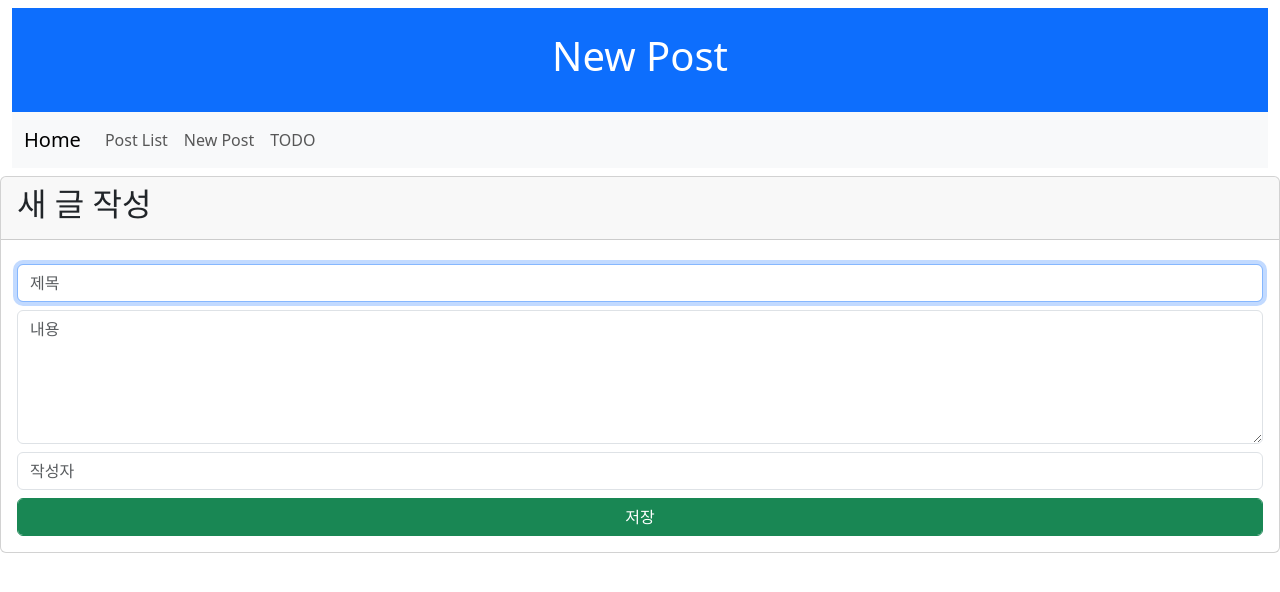
Repository: ldj0905/javaproject
Page: http://localhost/lab05_jsp/post/create
An editor plug-in stored every save of this project. The page is shown before and after the next save, followed by the edit.
The browser window is 1280 px wide. The pictures show the whole page.
The page is served by Tomcat 10.

Above is the page before, as saved 2024-05-29 02:54:01.

After the next save:
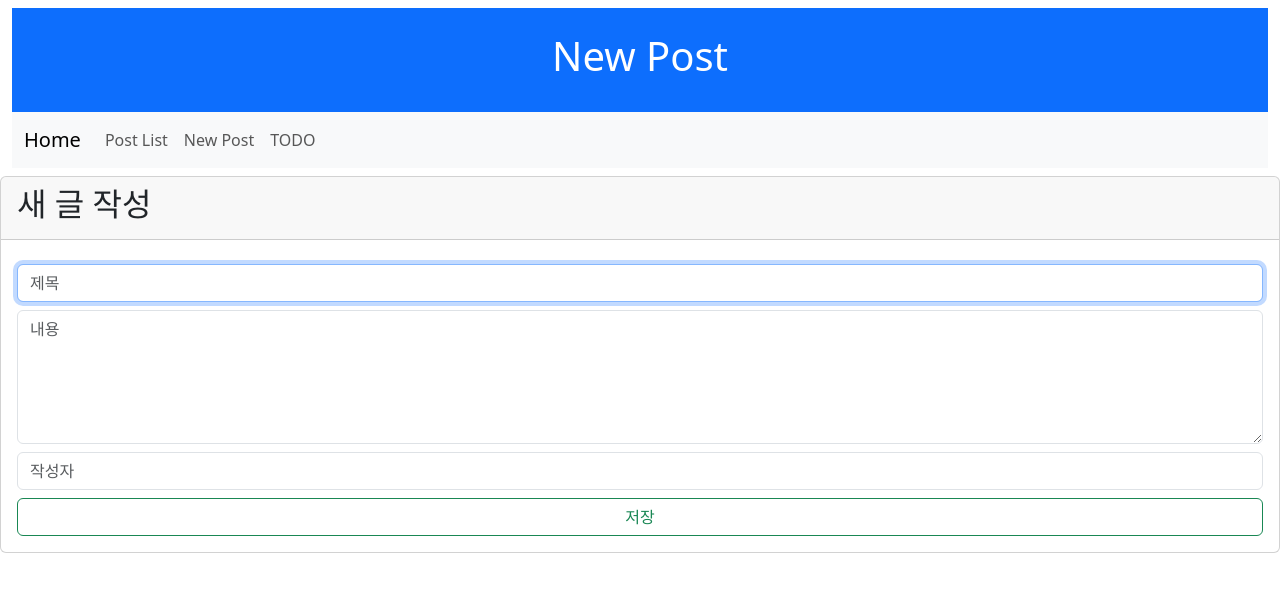
Saved 35 s later.
--- a/lab05_jsp/src/main/webapp/WEB-INF/views/post/create.jsp
+++ b/lab05_jsp/src/main/webapp/WEB-INF/views/post/create.jsp
@@ -37,7 +37,7 @@
                         <input class="form-control"  type="text" name="author" placeholder="작성자" required/>
                     </div>
                     <div class = "mt-2">
-                        <input class="form-control btn btn-success"  type = "submit" value="저장"/>
+                        <input class="form-control btn btn-outline-success"  type = "submit" value="저장"/>
                     </div>
             </div>
         </div>
